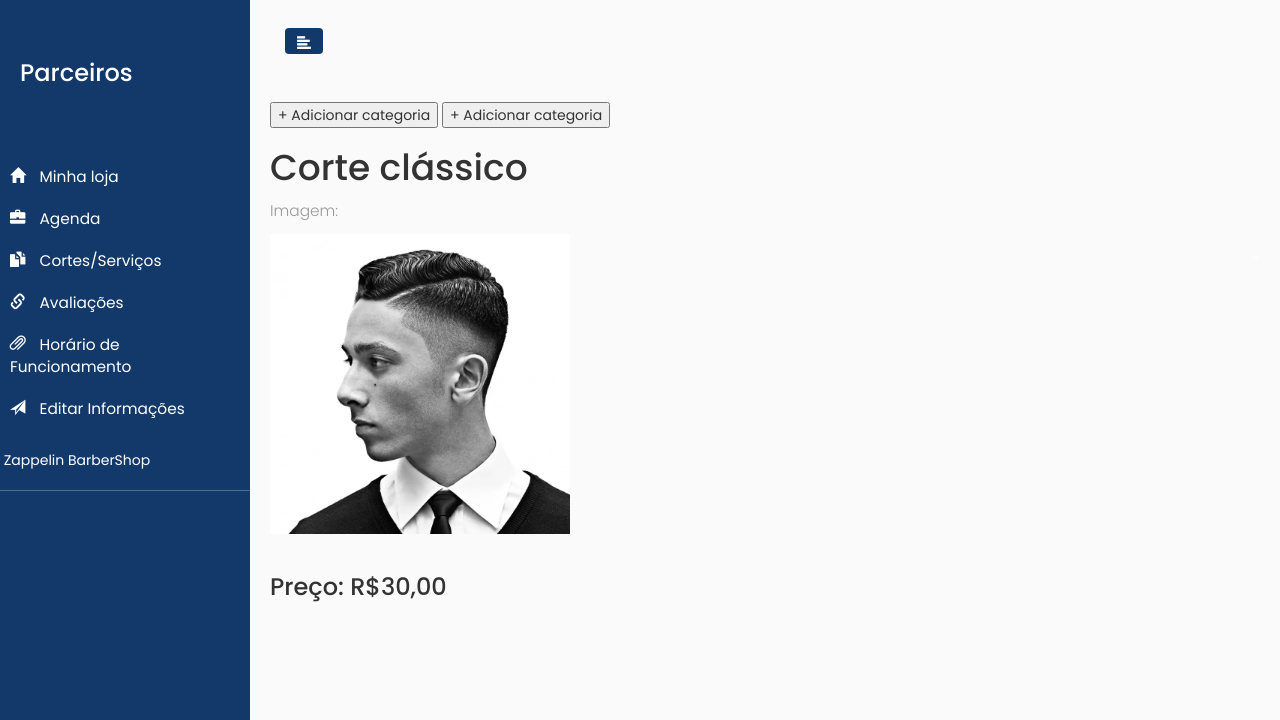
Repository: aquilesascar/barberconnect
Page: http://localhost/corteclassico.php
These files come from the project's save history. The page is drawn as it stood at one moment and after a run of saves; the edit follows.
The browser window is 1280 px wide. The pictures show the whole page.
The page is run by PHP 8.4 with error messages shown; the project is at /var/www/html/.

Above is the page before, as saved 2023-10-09 14:47:04.

After the next 4 saves:
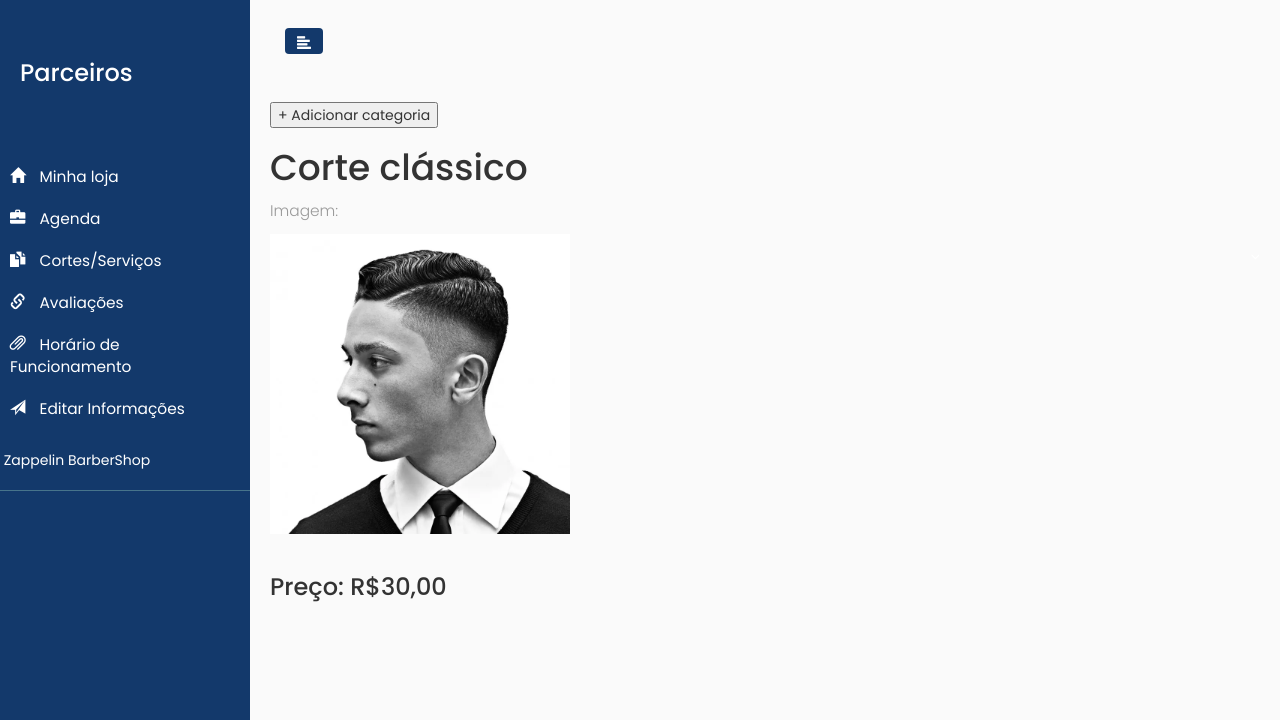
The 4 saves are shown as one change because they came seconds apart.
The last was saved 15 s later.
--- a/corteclassico.php
+++ b/corteclassico.php
@@ -40,11 +40,6 @@
             </div>
             </nav>
             <br><br>
-            <button class="categoria">+ Adicionar categoria</button>
-
-
-
-
 
 
             <button id="botaoAbrir">+ Adicionar categoria</button>
